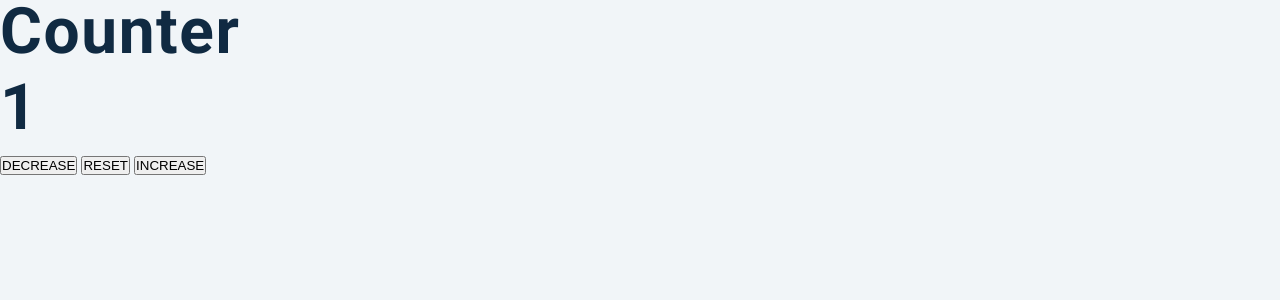
Repository: hseunghwan/practice-vanilla-javascript
Page: Counter/Counter.html
An editor plug-in stored every save of this project. The page is shown before and after the next save, followed by the edit.
The browser window is 1280 px wide. The pictures show the whole page.
After loading, the first visible `button.btn` was clicked once.

Above is the page before, as saved 2023-05-09 20:51:16.

After the next save:
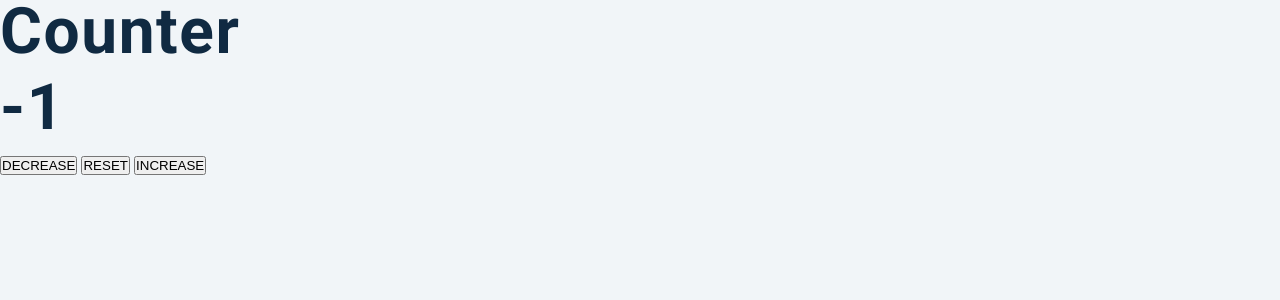
Saved 32 s later.
--- a/Counter/app.js
+++ b/Counter/app.js
@@ -6,7 +6,7 @@ window.onload = () => {
     btns.forEach((btn) => {
         btn.addEventListener("click", (e) => {
             const styles = e.currentTarget.classList;
-            if (styles.contains("dcrease")) num--;
+            if (styles.contains("decrease")) num--;
             else if (styles.contains("reset")) num = 0;
             else num++;
             counter.textContent = num;
